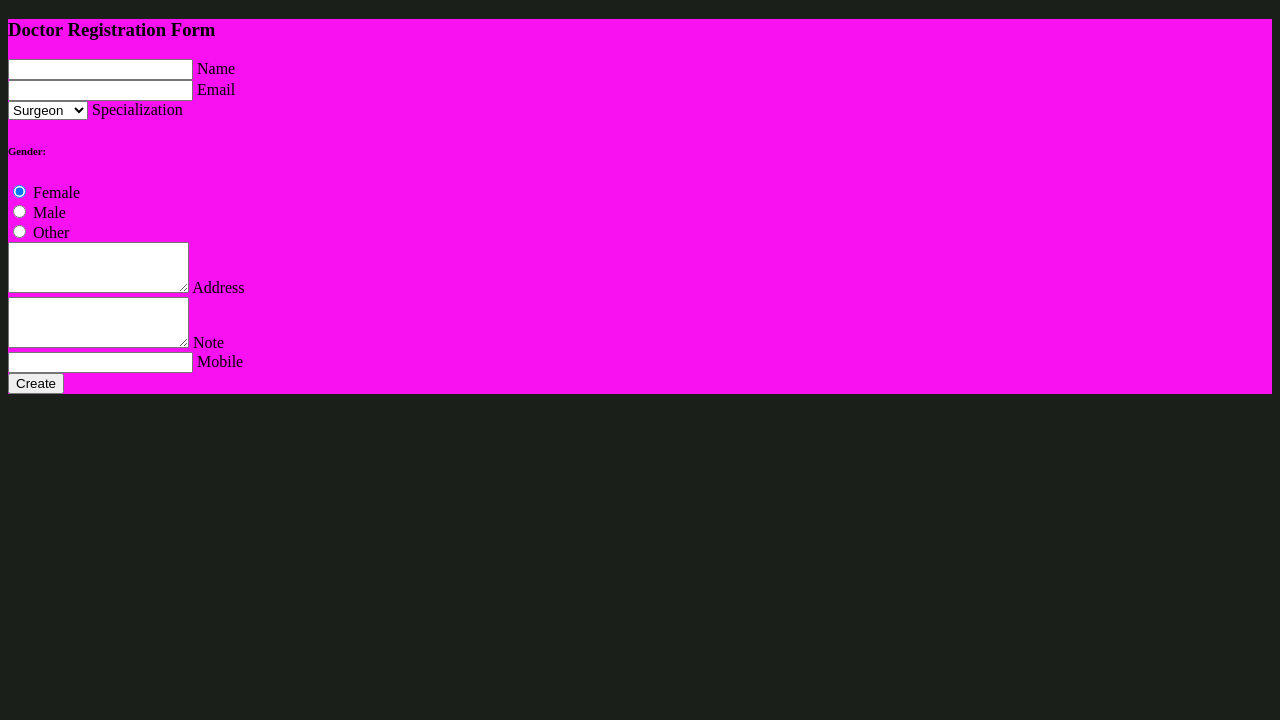
Repository: Laxman-Nath/Springboot_Assignment
Page: http://localhost/doctor/registerdoctor
The author's editor kept a copy of each file at every save. The page is drawn from the files as they stood at one save, then again after the next save.
The browser window is 1280 px wide. The pictures show the whole page.
The page is this project's Thymeleaf template; nobody is signed in. The template is opened directly, without the code that normally fills it, so the values that code supplies are empty.

Above is the page before, as saved 2024-09-23 12:42:26.

After the next save:
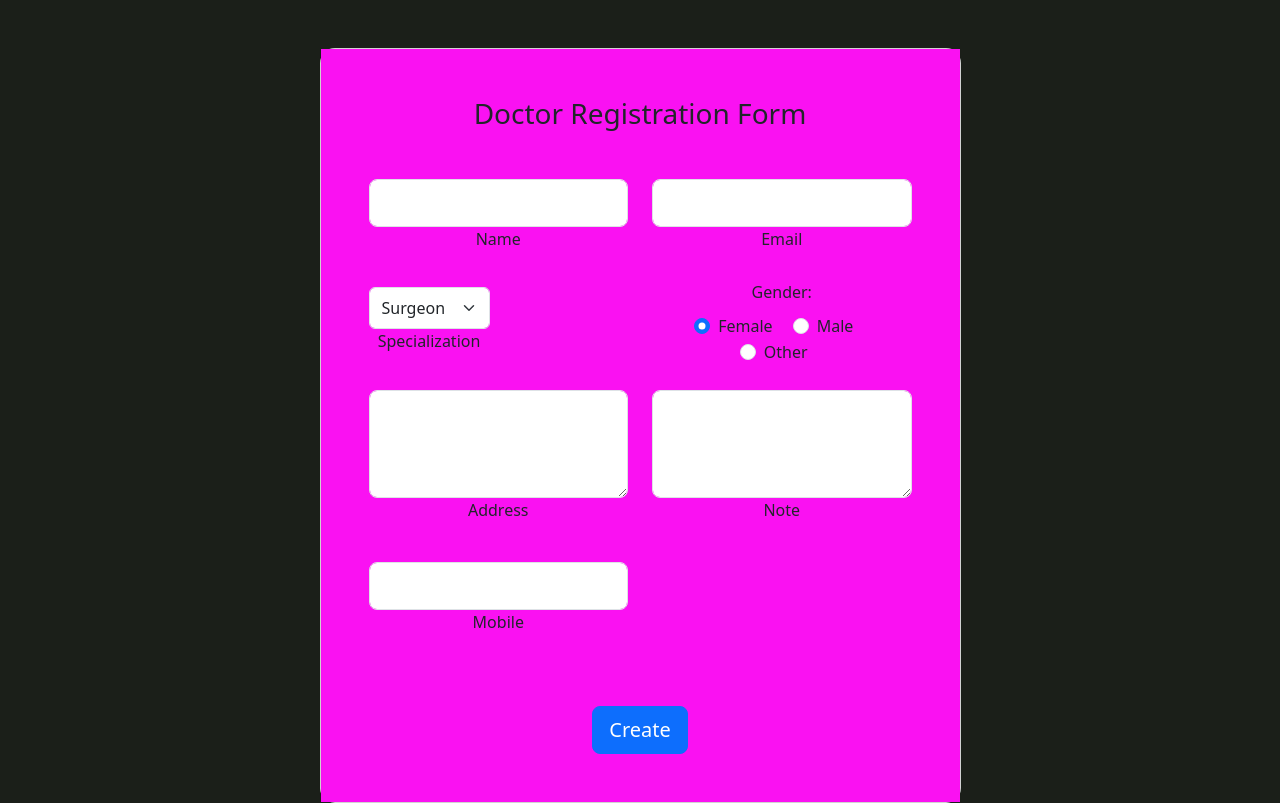
Saved 27 s later.
--- a/Hospital_System/src/main/resources/templates/doctor/registerdoctor.html
+++ b/Hospital_System/src/main/resources/templates/doctor/registerdoctor.html
@@ -4,7 +4,11 @@
 <head>
 <meta charset="UTF-8">
 <title>Add doctor</title>
-
+<link
+	href="https://cdn.jsdelivr.net/npm/bootstrap@5.3.3/dist/css/bootstrap.min.css"
+	rel="stylesheet"
+	integrity="sha384-QWTKZyjpPEjISv5WaRU9OFeRpok6YctnYmDr5pNlyT2bRjXh0JMhjY6hW+ALEwIH"
+	crossorigin="anonymous">
 </head>
 <body style="background-color: rgb(27, 31, 25);">
 	<section class="vh-100">
@@ -44,11 +48,11 @@
 									<div class="col-md-6 mb-4 d-flex align-items-center">
 
 										<div class="form-outline">
-											<select name="specialization" class="form-select form-control form-control-lg">
+											<select name="specialization"
+												class="form-select form-control form-control-lg">
 												<option value="surgeon">Surgeon</option>
 												<option value="physician">Physician</option>
-											</select>
-                                            <label class="form-label">Specialization</label>
+											</select> <label class="form-label">Specialization</label>
 										</div>
 
 									</div>
